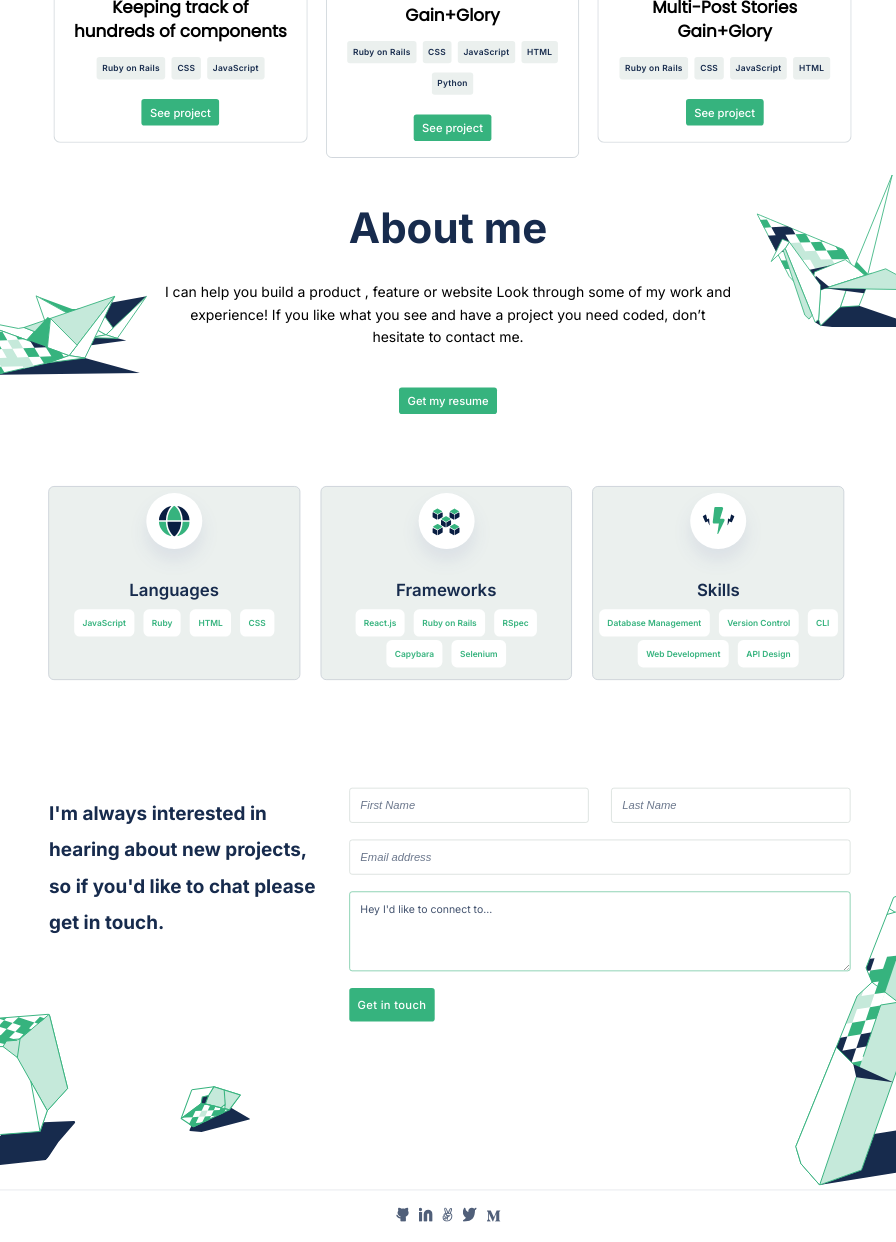
Repository: Salimer/old-Portfolio
Page: index.html
These files come from the project's save history. The page is drawn as it stood at one moment and after a run of saves; the edit follows.
The browser window is 1280 px wide. The pictures show the part of the page from y = 1528 to 3448 px (the page is 3302 px tall before and 3881 px after), at 70% of full size.

Above is the page before, as saved 2023-04-12 02:08:25.

### index.html
<!DOCTYPE html>
<html lang="en">
<head>
    <meta charset="UTF-8">
    <meta http-equiv="X-UA-Compatible" content="IE=edge">
    <meta name="viewport" content="width=device-width, initial-scale=1.0">
    <link rel="stylesheet" type="text/css" href="style.css">
    <link href="https://fonts.googleapis.com/css2?family=Inter:wght@400;500;600;700&display=swap" rel="stylesheet">
    <link href="https://fonts.googleapis.com/css2?family=Poppins&display=swap" rel="stylesheet">
    <title>Salim's portfolio</title>
</head>

<body>
    <header class="header">
        <img id="logo" src="murple_logo.png" alt="Page logo">
        <nav>
            <img id="nav" class="Normal-Button" src="Assets/nav.svg" alt="Navigation button">
            <ul class="header-nav">
                <li><a href="#">Portfolio</a></li>
                <li><a href="#">About</a></li>
                <li><a href="#">Contact</a></li>
            </ul>
        </nav>

        <div class="mobile-menu">
            <ul>
                <li><a href="#"><img id="x" src="Assets/x.svg"></a></li>
                <li><a href="#portfolio">Portfolio</a></li>
                <li><a href="#about">About</a></li>
                <li><a href="#contact">Contact</a></li>
            </ul>
        </div>

    </header>

    <main>
        <section class="headline">
            <h1 class="Primary">
                <span class="color4">Hey there, I'm Salim.<br></span>
                <span class="color1">I'm a software developer</span>
            </h1>
            <p class="color4 Supporting-Text">
                I can help you build a product , feature or website Look through some of my work and experience! If you like what you see and have a project you need coded,
                don't hesitate to contact me.
            </p>
            <ul class="social-media-icons">
                <li><a href="https://twitter.com/SaLiM355173"><img src="Assets/twitter.svg" alt="Twitter"></a></li>
                <li><a href="https://www.linkedin.com/in/salim-bamahfoodh-707b74200/"><img src="Assets/Linkedin icon.svg" alt="LinkedIn"></a></li>
                <li><a href="#"><img src="Assets/medium.svg" alt="medium"></a></li>
                <li><a href="https://github.com/Salimer"><img src="Assets/github.svg" alt="GitHub"></a></li>
                <li><a href="#"><img src="Assets/angellist.svg" alt="Angellist"></a></li>
            </ul>
            <ul class="social-media-icons-desktop">
                <li><a href="https://github.com/Salimer"><img src="Assets/github.svg" alt="GitHub"></a></li>
                <li><a href="https://www.linkedin.com/in/salim-bamahfoodh-707b74200/"><img src="Assets/Linkedin icon.svg" alt="LinkedIn"></a></li>
                <li><a href="#"><img src="Assets/angellist.svg" alt="Angellist"></a></li>
                <li><a href="https://twitter.com/SaLiM355173"><img src="Assets/twitter.svg" alt="Twitter"></a></li>
                <li><a href="#"><img src="Assets/medium.svg" alt="medium"></a></li>
            </ul>
            <div class="bottom-arrow">
                <img src="Assets/bottom arrow.svg" alt="bottom-arrow" width="40px" height="40px">
            </div>
            <div class="space"></div>
        </section>

        <section id="portfolio" class="works">
            <div class="works-title">
                <h2 class="color4">My Recent<br>works</h2>
            </div>
            <div class="works-indicator">
                <img src="Assets/Indicator.svg" width="48px" height="4px">
            </div>
        </section>

        <section id="about" class="About-me">
            <div class="works-title">
                <h2 class="color4">About me</h2>
            </div>
            <div class="about-me-supporting-Text">
                I can help you build a product , feature or website Look through some of my work and experience! If you like what you see and have a project you need coded,
                don’t hesitate to contact me.
            </div>
            <div class="about-me-button">
                <button class="green-button">Get my resume</button>
            </div>
            <div class="space"></div>
        </section>

        <section class="Languages-Frameworks-skills">
            <div class="skill-card skills-one">
                <div class="image">
                    <img class="skill-image" src="Assets/Languages.svg" alt="languages">
                </div>
                <div class="skill-card-title ">
                    <span class="color4">Languages</span>
                </div>
                <div>
                    <ul class="skill-technologies">
                        <li class="skill-button">JavaScript</li>
                        <li class="skill-button">Ruby</li>
                        <li class="skill-button">HTML</li>
                        <li class="skill-button">CSS</li>
                    </ul>
                </div>
            </div>
            <div class="skill-card skills-two">
                <div class="image">
                    <img class="skill-image" src="Assets/Frameworks.svg" alt="Frameworks">
                </div>
                <div class="skill-card-title color4">
                    <span class="color4">Frameworks</span>
                </div>
                <div>
                    <ul class="skill-technologies">
                        <li class="skill-button">React.js</li>
                        <li class="skill-button">Ruby on Rails</li>
                        <li class="skill-button">RSpec</li>
                        <li class="skill-button">Capybara</li>
                        <li class="skill-button">Selenium</li>
                    </ul>
                </div>
            </div>
            <div class="skill-card skills-three">
                <div class="image">
                    <img class="skill-image" src="Assets/Skills.svg" alt="Skills">
                </div>
                <div class="skill-card-title">
                    <span class="color4">Skills</span>
                </div>
                <div>
                    <ul class="skill-technologies">
                        <li class="skill-button">Database Management</li>
                        <li class="skill-button">Version Control</li>
                        <li class="skill-button">CLI</li>
                        <li class="skill-button">Web Development</li>
                        <li class="skill-button">API Design</li>
                    </ul>
                </div>
            </div>
        </section>

        <div class="space"></div>

        <section id="contact" class="contact-me">
            <div class="contact-header">
                <span class="contact-me-title color4">
                    I'm always interested in hearing about new projects, so if you'd like to chat please get in touch.
                </span>
            </div>
            <div class="form">
                <form action="https://formspree.io/f/myyangkd" method="POST">
                    <ul>
                        <li class="full-name">
                            <label for="name" hidden>Full name</label>
                            <input type="text" maxlength="30" id="name" name="user_name" placeholder="Full name" required />
                        </li>
                        <li class="first-last-name">
                            <label for="first-name" hidden>First name</label>
                            <input type="text" maxlength="30" id="first-name" name="user_name" placeholder="First Name" required />
                            <label for="last-name" hidden>Last name</label>
                            <input type="text" maxlength="30" id="last-name" name="user_name" placeholder="Last Name" required />
                        </li>
                        </li>
                        <li>
                            <label for="mail" hidden>Email address</label>
                            <input type="email" id="mail" name="user_email" placeholder="Email address" required />
                        </li>
                        <li>
                            <label for="msg" hidden>Message area</label>
                            <textarea id="msg" maxlength="500" name="user_message" placeholder="Hey I'd like to connect to..." ></textarea>
                        </li>
                        <li class="contact-me-button-li">
                            <label for="get-in-touch-button" hidden>Get in touch button</label>
                            <button id="get-in-touch-button" class="contact-me-button bg-color1" type="submit">Get in touch</button>
                        </li>
                    </ul>
                </form>
                <p class="email color4">s.bamahfoodh@gmail.com</p>
            </div>
        </section>
    </main>
    <footer>
        <ul class="social-media-icons">
            <li><a href="https://twitter.com/SaLiM355173"><img src="Assets/twitter.svg" alt="Twitter"></a></li>
            <li><a href="https://www.linkedin.com/in/salim-bamahfoodh-707b74200/"><img src="Assets/Linkedin icon.svg" alt="LinkedIn"></a></li>
            <li><a href="#"><img src="Assets/medium.svg" alt="medium"></a></li>
            <li><a href="https://github.com/Salimer"><img src="Assets/github.svg" alt="GitHub"></a></li>
            <li><a href="#"><img src="Assets/angellist.svg" alt="Angellist"></a></li>
        </ul>
        <ul class="social-media-icons-desktop">
            <li><a href="https://github.com/Salimer"><img src="Assets/github.svg" alt="GitHub"></a></li>
            <li><a href="https://www.linkedin.com/in/salim-bamahfoodh-707b74200/"><img src="Assets/Linkedin icon.svg" alt="LinkedIn"></a></li>
            <li><a href="#"><img src="Assets/angellist.svg" alt="Angellist"></a></li>
            <li><a href="https://twitter.com/SaLiM355173"><img src="Assets/twitter.svg" alt="Twitter"></a></li>
            <li><a href="#"><img src="Assets/medium.svg" alt="medium"></a></li>
        </ul>
        <img id="black-line" src="Assets/blackLine.svg">
    </footer>
    <div class="detail-popup hide">
        <div class="popup-container">
            <div class="detail-item0">
                <img id="detail-popup-x-desktop" src="Assets/detail-x-desktop.svg" alt="close-icon">
             </div>
            <div class="detail-item1">
                <img id="detail-popup-x" src="Assets/detail-x.svg" alt="close-icon">
             </div>
            <div class="detail-item2">

            </div>
            <div class="detail-item3">
                <ul class="technologies">

                </ul>
            </div>
            <div class="detail-item4">

            </div>
            <div class="detail-item5">
                <ul>
                    <li>
                        <button class="green-button" type="submit">See live <img src="Assets/seelive.svg" alt="see live icon"></button>
                    </li>
                    <li>
                        <button class="green-button" type="submit">See source <img src="Assets/seesource.svg" alt="see source icon"></button>
                    </li>
                </ul>
            </div>
        </div>
    </div>
    <script src="script.js"></script>
    <script src="chatgpt.js"></script>
    <script src="worksSectionRefactor.js"></script>
    <script src="seeProjectPopup.js"></script>
</body>
</html>

### chatgpt.js
const projects = [
    {
      featuredImage: "Assets/detailTop.svg",
      name: "Keeping track of<br>hundreds of components",
      technologies: ['Ruby on Rails', 'CSS', 'JavaScript'],
      description: "Lorem Ipsum is simply dummy text of the printing and typesetting industry. Lorem Ipsum has been the industry's standard dummy text ever since the 1500s, when an unknown printer took a galley of type and scrambled it 1960s.<br><br>Lorem Ipsum is simply dummy text of the printing and typesetting industry. Lorem Ipsum has been the industry's standard dummy text ever since the 1500s, when an unknown printer took a galley of type and scrambled it 1960s.",
      linkToLiveVersion: "https://youtu.be/dQw4w9WgXcQ",
      linkToSource: "https://youtu.be/dQw4w9WgXcQ"
    },
    {
        featuredImage: "Assets/detailTop.svg",
        name: "Multi-Post Stories<br>Gain+Glory",
        technologies: ['Ruby on Rails', 'CSS', 'JavaScript', 'HTML', 'Python'],
        description: "Lorem Ipsum is simply dummy text of the printing and typesetting industry. Lorem Ipsum has been the industry's standard dummy text ever since the 1500s, when an unknown printer took a galley of type and scrambled it 1960s.<br><br>Lorem Ipsum is simply dummy text of the printing and typesetting industry. Lorem Ipsum has been the industry's standard dummy text ever since the 1500s, when an unknown printer took a galley of type and scrambled it 1960s.",
        linkToLiveVersion: "https://youtu.be/dQw4w9WgXcQ",
        linkToSource: "https://youtu.be/dQw4w9WgXcQ"
      },
      {
        featuredImage: "Assets/detailTop.svg",
        name: "Multi-Post Stories<br>Gain+Glory",
        technologies: ['Ruby on Rails', 'CSS', 'JavaScript', 'HTML'],
        description: "Lorem Ipsum is simply dummy text of the printing and typesetting industry. Lorem Ipsum has been the industry's standard dummy text ever since the 1500s, when an unknown printer took a galley of type and scrambled it 1960s.<br><br>Lorem Ipsum is simply dummy text of the printing and typesetting industry. Lorem Ipsum has been the industry's standard dummy text ever since the 1500s, when an unknown printer took a galley of type and scrambled it 1960s.",
        linkToLiveVersion: "https://youtu.be/dQw4w9WgXcQ",
        linkToSource: "https://youtu.be/dQw4w9WgXcQ"
      }
  ];

// Define an array of class names for the container elements
const classNames = ['works-one', 'works-two', 'works-three', 'works-four', 'works-five', 'works-six'/* add more as needed */];

let count = 0;
// Iterate over the array using forEach
projects.forEach((project) => {
  // Create the container element with the current class name
  const container = document.createElement('div');
  container.classList.add('grid-container', classNames[count]);

  // Create the card top half element and append to the container
  const cardTopHalf = document.createElement('div');
  cardTopHalf.classList.add('card-top-half');
  container.appendChild(cardTopHalf);

  // Create the card bottom half element and append to the container
  const cardBottomHalf = document.createElement('div');
  cardBottomHalf.classList.add('card-bottom-half');
  container.appendChild(cardBottomHalf);

  // Create the card title span element and append to the card bottom half
  const cardTitle = document.createElement('span');
  cardTitle.classList.add('card-title');
  cardTitle.innerHTML = project.name;
  cardBottomHalf.appendChild(cardTitle);

  // Create the technologies ul element and append to the card bottom half
  const technologies = document.createElement('ul');
  technologies.classList.add('work-technologies');
  cardBottomHalf.appendChild(technologies);

  // Create the technologies list items and append to the technologies ul element
  project.technologies.forEach((item) => {
    const technology = document.createElement('li');
    technology.classList.add('grey-button');
    technology.innerHTML = item;
    technologies.appendChild(technology);
  });

  // Create the see project button element and append to the card bottom half
  const seeProjectButton = document.createElement('button');
  seeProjectButton.classList.add('see-project', 'green-button');
  seeProjectButton.innerHTML = 'See project';
  cardBottomHalf.appendChild(seeProjectButton);

  // Append the container element to the div with class "works"
  const works = document.querySelector('.works');
  works.appendChild(container);
  count++;
});

Loaded but not shown: worksSectionRefactor.js (44 lines, source omitted); seeProjectPopup.js (54 lines, source omitted); script.js (13 lines, source omitted); style.css (1106 lines, source omitted)

After the next 2 saves:
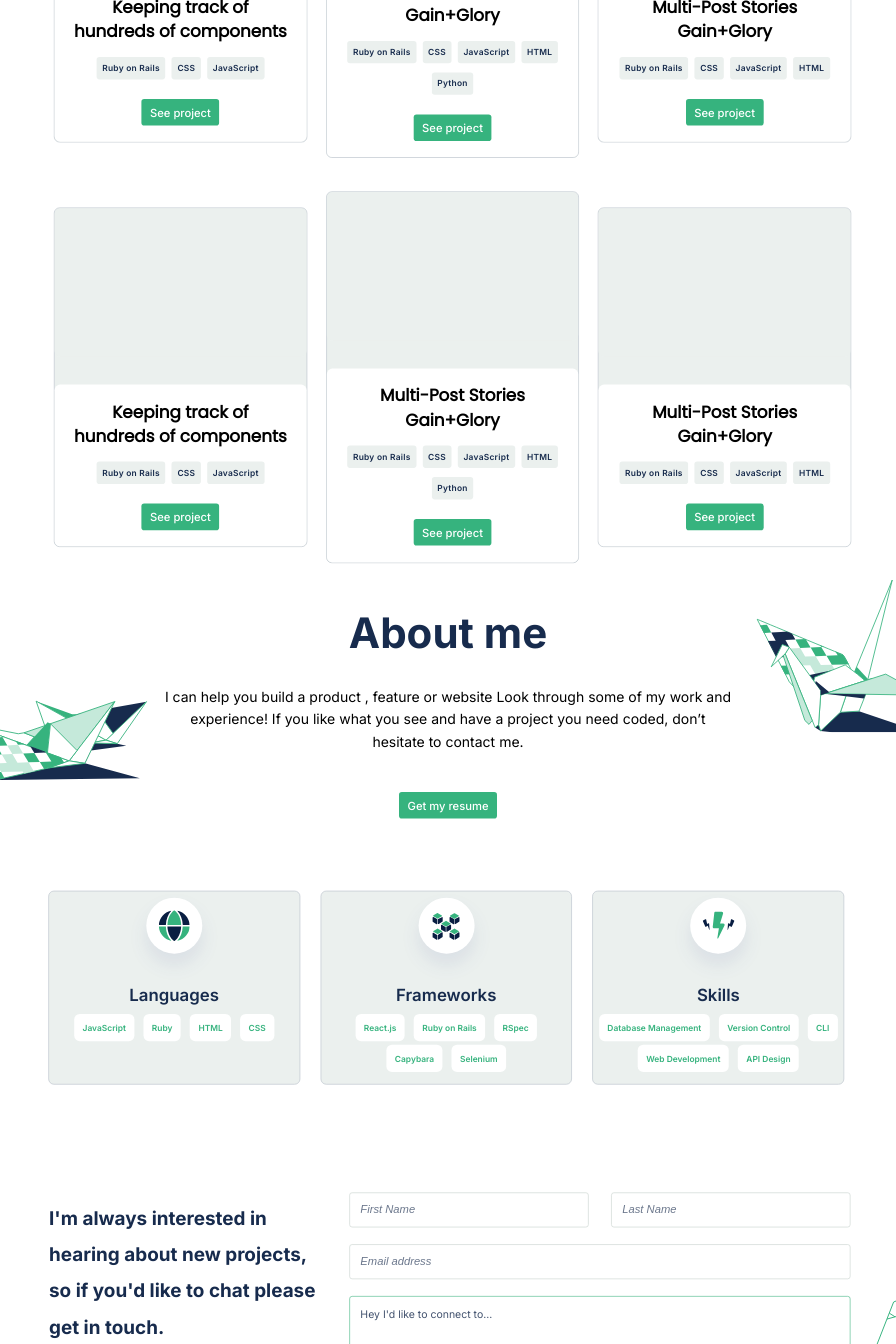
The 2 saves are shown as one change because they came seconds apart.
The last was saved 111 s later.
--- a/chatgpt.js
+++ b/chatgpt.js
@@ -22,7 +22,31 @@ const projects = [
         description: "Lorem Ipsum is simply dummy text of the printing and typesetting industry. Lorem Ipsum has been the industry's standard dummy text ever since the 1500s, when an unknown printer took a galley of type and scrambled it 1960s.<br><br>Lorem Ipsum is simply dummy text of the printing and typesetting industry. Lorem Ipsum has been the industry's standard dummy text ever since the 1500s, when an unknown printer took a galley of type and scrambled it 1960s.",
         linkToLiveVersion: "https://youtu.be/dQw4w9WgXcQ",
         linkToSource: "https://youtu.be/dQw4w9WgXcQ"
-      }
+      },
+      {
+        featuredImage: "Assets/detailTop.svg",
+        name: "Keeping track of<br>hundreds of components",
+        technologies: ['Ruby on Rails', 'CSS', 'JavaScript'],
+        description: "Lorem Ipsum is simply dummy text of the printing and typesetting industry. Lorem Ipsum has been the industry's standard dummy text ever since the 1500s, when an unknown printer took a galley of type and scrambled it 1960s.<br><br>Lorem Ipsum is simply dummy text of the printing and typesetting industry. Lorem Ipsum has been the industry's standard dummy text ever since the 1500s, when an unknown printer took a galley of type and scrambled it 1960s.",
+        linkToLiveVersion: "https://youtu.be/dQw4w9WgXcQ",
+        linkToSource: "https://youtu.be/dQw4w9WgXcQ"
+      },
+      {
+          featuredImage: "Assets/detailTop.svg",
+          name: "Multi-Post Stories<br>Gain+Glory",
+          technologies: ['Ruby on Rails', 'CSS', 'JavaScript', 'HTML', 'Python'],
+          description: "Lorem Ipsum is simply dummy text of the printing and typesetting industry. Lorem Ipsum has been the industry's standard dummy text ever since the 1500s, when an unknown printer took a galley of type and scrambled it 1960s.<br><br>Lorem Ipsum is simply dummy text of the printing and typesetting industry. Lorem Ipsum has been the industry's standard dummy text ever since the 1500s, when an unknown printer took a galley of type and scrambled it 1960s.",
+          linkToLiveVersion: "https://youtu.be/dQw4w9WgXcQ",
+          linkToSource: "https://youtu.be/dQw4w9WgXcQ"
+        },
+        {
+          featuredImage: "Assets/detailTop.svg",
+          name: "Multi-Post Stories<br>Gain+Glory",
+          technologies: ['Ruby on Rails', 'CSS', 'JavaScript', 'HTML'],
+          description: "Lorem Ipsum is simply dummy text of the printing and typesetting industry. Lorem Ipsum has been the industry's standard dummy text ever since the 1500s, when an unknown printer took a galley of type and scrambled it 1960s.<br><br>Lorem Ipsum is simply dummy text of the printing and typesetting industry. Lorem Ipsum has been the industry's standard dummy text ever since the 1500s, when an unknown printer took a galley of type and scrambled it 1960s.",
+          linkToLiveVersion: "https://youtu.be/dQw4w9WgXcQ",
+          linkToSource: "https://youtu.be/dQw4w9WgXcQ"
+        }
   ];
 
 // Define an array of class names for the container elements
